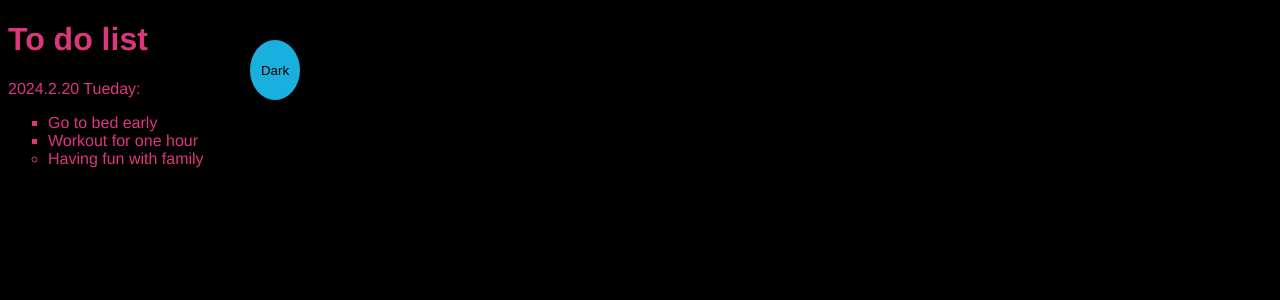
Repository: MaggieMengXingchen/Class-4
Page: index.html
An editor plug-in stored every save of this project. The page is shown before and after a run of saves, followed by the edit.
The browser window is 1280 px wide. The pictures show the whole page.

Above is the page before, as saved 2024-02-20 15:23:55.

### index.html
<!DOCTYPE html> <!-- 定义文档类型，告诉浏览器这是一个HTML5文档 -->
<html lang="en"> <!-- 根元素，定义了整个HTML文档，lang属性指定文档的主要语言为英语 -->
<head>
    <meta charset="UTF-8"> <!-- 定义字符编码为UTF-8，支持大多数语言的字符 -->
    <meta name="viewport" content="width=device-width, initial-scale=1.0"> <!-- 视口设置，确保网页在不同设备上正确显示，实现响应式设计 -->
    <title>Document</title> <!-- 定义网页标题 -->
    <Link rel="stylesheet" href="main.css"> <!-- 链接外部CSS文件，用于定义网页的样式 -->
        <noscript>You need to enable JavaScript to view the full site.</noscript> <!-- 如果浏览器禁用了JavaScript，显示这段文本 -->
</head>
<body class="dark-theme"><!-- 使用class属性应用暗色主题的样式，通过改变class值可以切换主题 -->
    <h1>To do list</h1> <!-- 页面的主标题 -->
    <p id="msg">2024.2.20 Tueday:</p> <!-- 段落标签，定义了一个文本区域 -->
    <ul> <!-- 定义一个无序列表 -->
        <li class="list">Go to bed early</li> <!-- 列表项，应用了class="list"的样式，显示为方形项目符号 -->
        <li class="list">Workout for one hour</li> <!-- 同上 -->
        <li>Having fun with family</li> <!-- 无特殊样式的列表项，默认圆形项目符号 -->
    </ul>
    <div>
        <button class="btn">Dark</button> <!-- 定义一个按钮，应用了.btn样式 -->
    </div>
    <script src="app.js"></script> <!-- 引入外部JavaScript文件，用于添加交互功能 -->
</body>

<script>alert('Hello World')</script> <!-- 内嵌JavaScript代码，加载网页时弹出"Hello World"警告框 -->
</html>

### main.css
:root {
    --green: #dd367e; /* 定义绿色变量，颜色代码为#00FF00 */
    --white: #1ab0de; /* 定义白色变量，颜色代码为#FFFFFF */
    --black: #000000; /* 定义黑色变量，颜色代码为#000000 */
}
body {
    background-color: var(--bg); /* 设置body背景颜色，使用变量--bg */
    color: var(--fontColor); /* 设置body文字颜色，使用变量--fontColor */
    font-family: Helvetica; /* 设置body字体为Helvetica */
}
/*将所有无序列表（<ul>标签）的字体设置为Helvetica字体*/
li {
    list-style: circle; /* 设置列表项前的符号为圆圈 */
}
.list {
    list-style: square; /* 设置class为list的列表项前的符号为正方形 */
}
.btn {
    position: absolute; /* 设置按钮位置为绝对定位 */
    top: 40px; /* 设置按钮距离顶部20像素 */
    left: 250px; /* 设置按钮距离左边250像素 */
    height: 60px; /* 设置按钮高度为50像素 */
    width: 50px; /* 设置按钮宽度为50像素 */
    border-radius: 50%; /* 设置按钮边角为圆形 */
    border: none; /* 设置按钮无边框 */
    color: var(--btnFontColor); /* 设置按钮文字颜色，使用变量--btnFontColor */
    background-color: var(--btnBg); /* 设置按钮背景颜色，使用变量--btnBg */
}
.light-theme {
    --bg: var(--green); /* 浅色主题下，设置背景颜色为绿色 */
    --fontColor: var(--black); /* 浅色主题下，设置文字颜色为黑色 */
    --btnBg: var(--black); /* 浅色主题下，设置按钮背景颜色为黑色 */
    --btnFontColor: var(--white); /* 浅色主题下，设置按钮文字颜色为白色 */
}
.dark-theme {
    --bg: var(--black); /* 深色主题下，设置背景颜色为黑色 */
    --fontColor: var(--green); /* 深色主题下，设置文字颜色为绿色 */
    --btnBg: var(--white); /* 深色主题下，设置按钮背景颜色为白色 */
    --btnFontColor: var(--black); /* 深色主题下，设置按钮文字颜色为黑色 */
}

### app.js
const switcher = document.querySelector('.btn'); // 选取页面中class为'.btn'的元素，通常是一个按钮，并赋值给变量switcher。

switcher.addEventListener('click', function() { // 为switcher元素添加一个点击事件监听器。
    document.body.classList.toggle('light-theme'); // 切换<body>元素的class，如果有'light-theme'则移除，没有则添加。
    document.body.classList.toggle('dark-theme'); // 同上，但是对'dark-theme'类进行操作。

    const className = document.body.className; // 获取<body>元素当前的className并赋值给变量className。
    if(className == "light-theme") { // 如果当前className是"light-theme"，则执行以下操作：
        this.textContent = "Dark"; // 将按钮的文本内容设置为"Dark"。
    } else { // 如果当前className不是"light-theme"，即暗色主题，则执行以下操作：
        this.textContent = "Light"; // 将按钮的文本内容设置为"Light"。
    }
});

After the next 2 saves:
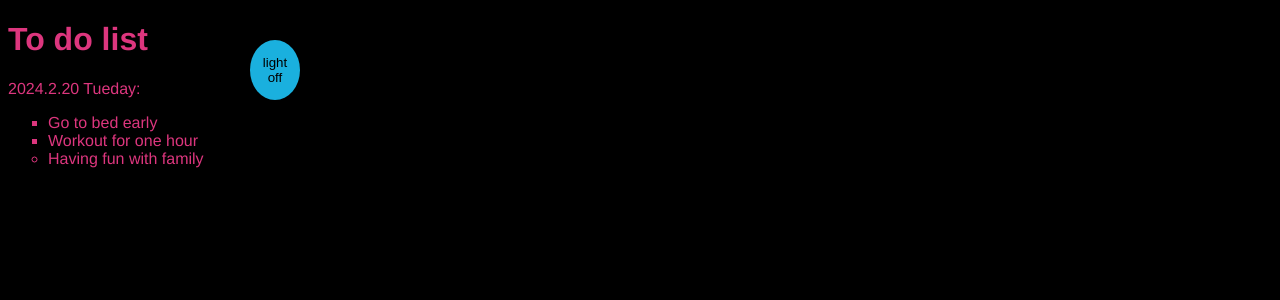
The 2 saves are shown as one change because they came seconds apart.
The last was saved 11 s later.
--- a/index.html
+++ b/index.html
@@ -16,7 +16,7 @@
         <li>Having fun with family</li> <!-- 无特殊样式的列表项，默认圆形项目符号 -->
     </ul>
     <div>
-        <button class="btn">Dark</button> <!-- 定义一个按钮，应用了.btn样式 -->
+        <button class="btn">light off</button> <!-- 定义一个按钮，应用了.btn样式 -->
     </div>
     <script src="app.js"></script> <!-- 引入外部JavaScript文件，用于添加交互功能 -->
 </body>
